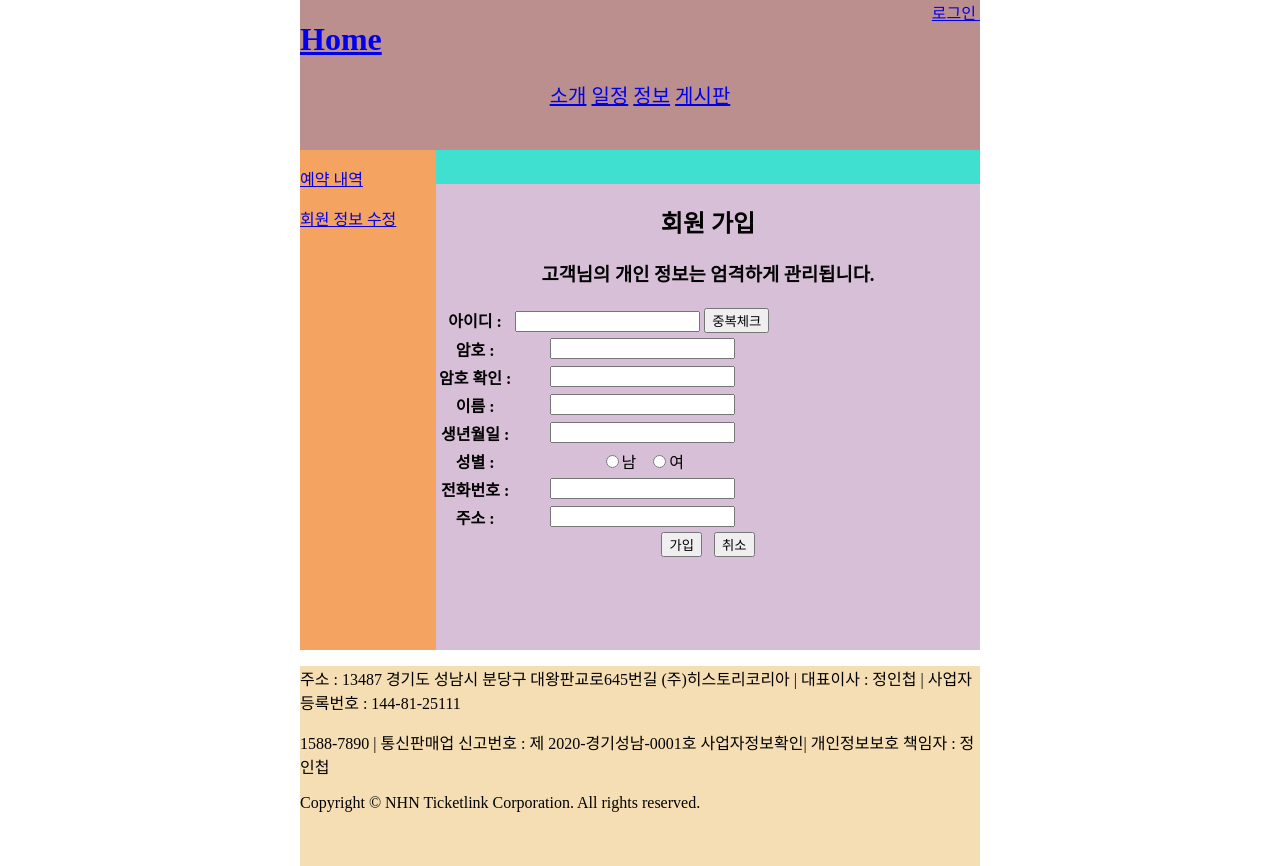
Repository: dlscjq34/JSP_historyTour
Page: http://localhost/HistoryTour/WEB-INF/views/member/joinMember.jsp
These files come from the project's save history. The page is drawn as it stood at one moment and after the next save; the edit follows.
The browser window is 1280 px wide. The pictures show the whole page.
The page is served by Tomcat 9. Nobody is signed in. Other server files are loaded and not shown. The template is opened directly, without the code that normally fills it, so the values that code supplies are empty.

Above is the page before, as saved 2020-12-21 03:44:11.

### HistoryTour/WebContent/WEB-INF/views/member/joinMember.jsp
<%@ page language="java" contentType="text/html; charset=UTF-8"
    pageEncoding="UTF-8"%>
<!DOCTYPE html>
<html lang="en">
<head>
    <jsp:include page="/WEB-INF/views/include/head.jsp" />
    <link rel="stylesheet" href="css/joinMember.css">
</head>
<body>
    <!-- <header> -->
    <jsp:include page="/WEB-INF/views/include/header.jsp" />


    <!-- center = <aside> + <article> -->
    <div class="center">
        <aside>
            <p><a href="ticket.do">예약 내역</a></p>
            <p><a href="editMember.do">회원 정보 수정</a></p>
        </aside>

        <article>
            <h1>회원 가입</h1>
                    <h3>고객님의 개인 정보는 엄격하게 관리됩니다.</h3>
                <form action="joinMemberPro.do" method="post" name="frm" onsubmit="return lenCheck()">

                    <table>
	               		<tr>
	               			<th>아이디 :
	               			<td><input type="text" name="id" id="id" />
	               				<input type="button" onclick="dupCheck()" value="중복체크">
	               		</tr>
	               		<tr>
	               			<th>암호 :
	               			<td><input type="password" name="pswd1" id="pswd1" required/>
	               		</tr>
	               		<tr>
	               			<th>암호 확인 :
	               			<td><input type="password" name="pswd2" id="pswd2" required onkeyup="pwCheck()"/>
	               				<span id="pwStatus"></span>
	               		</tr>
	               		<tr>
	               			<th>이름 :
	               			<td><input type="text" name="name" id="name" required/>
	               		</tr>
	               		<tr>
	               			<th>생년월일 :
	               			<td><input type="text" name="birth" id="birth" required/>
	               		</tr>
	               		<tr>
	               			<th>성별 :
	               			<td><input type="radio" name="gender" id="man" value="1" required />남 &nbsp;
	               				<input type="radio" name="gender" id="woman" value="2" required />여
	               		</tr>
	               		<tr>
	               			<th>전화번호 :
	               			<td><input type="text" name="tel" id="tel" required>
	               		</tr>
	               		<tr>
	               			<th>주소 :
	               			<td><input type="text" name="address" id="address" required>
	               		</tr>
               		</table>
                <input type="submit" name="enroll" class="enroll" value="가입"> &nbsp;
                <input type="reset" value="취소">
                </form>
        </article>
    </div>


    <!-- <footer> -->
    <jsp:include page="/WEB-INF/views/include/footer.jsp" />

</body>

<script>
	function dupCheck() {
		let id = document.frm.id.value;
		if(id == '') {
			alert("아이디를 입력하세요");
			document.frm.id.focus();
			return;
		}
		window.open('joinCheck.do?id='+id, 'joinCheck', 'width=600, height=300');
	}

	function lenCheck() {
		let id = document.frm.id.value.trim();

		if(!(id.length >= 3 && id.length <=12)) {
			alert("아이디는 3에서 12글자만 입력 가능합니다.");
			document.frm.id.select();
			return false;
		}
	}

	function pwCheck() {
		pw1 = document.frm.pswd1.value;
		pw2 = document.frm.pswd2.value;
		pwStatus = document.getElementById("pwStatus");

		if(pw1 == pw2) {
			pwStatus.innerHTML = "패스워드 확인";
			pwStatus.style.color = "blue"
		}
		else {
			pwStatus.innerHTML = "패스워드 틀림";
			pwStatus.style.color = "red"
		}
	}

/* 	<tr>
		<th>암호 :
		<td><input type="password" name="pswd1" id="pswd1" required/>
	</tr>
	<tr>
		<th>암호 확인 :
		<td><input type="password" name="pswd2" id="pswd2" required onkeyup="pwCheck()"/>
			<span class="pwStatus"></span>
	</tr> */
</script>

</html>

### HistoryTour/WebContent/WEB-INF/views/include/head.jsp
<%@ page language="java" contentType="text/html; charset=UTF-8"
    pageEncoding="UTF-8"%>
<meta charset="UTF-8">
<meta name="viewport" content="width=device-width, initial-scale=1.0">
<title>Document</title>
<link rel="stylesheet" href="css/common.css">

### HistoryTour/WebContent/WEB-INF/views/include/header.jsp
<%@ page language="java" contentType="text/html; charset=UTF-8"
    pageEncoding="UTF-8"%>
<%@ taglib prefix="c" uri="http://java.sun.com/jsp/jstl/core" %>
<%
	//쿠키에 아이디가 있으면 세션으로 빼온다.
	Cookie[] cookies = request.getCookies();

	if (cookies != null) {
		for(Cookie cookie : cookies) {
			if(cookie.getName().equals("id")) {
				String id = cookie.getValue();
				session.setAttribute("id", id);
			}
		}
	}

	String id = (String)session.getAttribute("id");
%>

<header>
    <div class="home-line">
        <h1><a href="index.do">Home</a></h1>
        <!-- 세션으로 빼온 아이디가 있으면 -->
<%
			if (id != null) {
%>
        		${ id } 님 반갑습니다.&nbsp;
        		<a href="myPage.do">마이페이지</a>&nbsp;
        		<a href="logoutPro.do">로그아웃</a>
<%
			} else {
%>
        	<!-- 세션으로 빼온 아이디가 없으면 -->
        		 <a href="login.do">로그인&nbsp;</a>
<%
			}
%>

    </div>
    <div class="menu">
        <a href="intro.do">소개</a>
        <a href="schedule.do">일정</a>
        <a href="information.do">정보</a>
        <a href="board.do">게시판</a>
    </div>
</header>

### HistoryTour/WebContent/WEB-INF/views/include/footer.jsp
<%@ page language="java" contentType="text/html; charset=UTF-8"
    pageEncoding="UTF-8"%>
<footer>
    <p>주소 : 13487 경기도 성남시 분당구 대왕판교로645번길 (주)히스토리코리아 | 대표이사 : 정인첩 | 사업자등록번호 : 144-81-25111</p>
    <p>1588-7890 |  통신판매업 신고번호 : 제 2020-경기성남-0001호 사업자정보확인| 개인정보보호 책임자 : 정인첩</p>
    <p>Copyright © NHN Ticketlink Corporation. All rights reserved.</p>
</footer>

### HistoryTour/WebContent/css/common.css
body {
  grid-template-columns: 1fr 1fr;
  box-sizing: border-box;
  margin: 0 300px;
}

/* header ----------------------------------------------- */

header {
  background: rosybrown;
  height: 150px;
}
header .home-line {
  display: flex;
}
header .home-line h1 {
  flex: 1;
}
header .menu {
  text-align: center;
  font-size: 20px;
}

/* <aside> <article> ----------------------------------------------- */

.center {
  display: flex;
  height: 500px;
  background: turquoise;
}
.center aside {
  background: sandybrown;
  flex: 2;
}
.center article {
  background: thistle;
  flex: 8;
  text-align: center;
}


/* footer ----------------------------------------------- */

footer {
  background: wheat;
  height: 200px;
}

### HistoryTour/WebContent/css/joinMember.css

.center article form fieldset input{
  margin: 1% 0;
}
.center article  {
  position: relative;
  margin-top: 5%;
  /* padding-left: 80px; */
  /* width: 100px;
  font-size: 20px; */
}

After the next save:
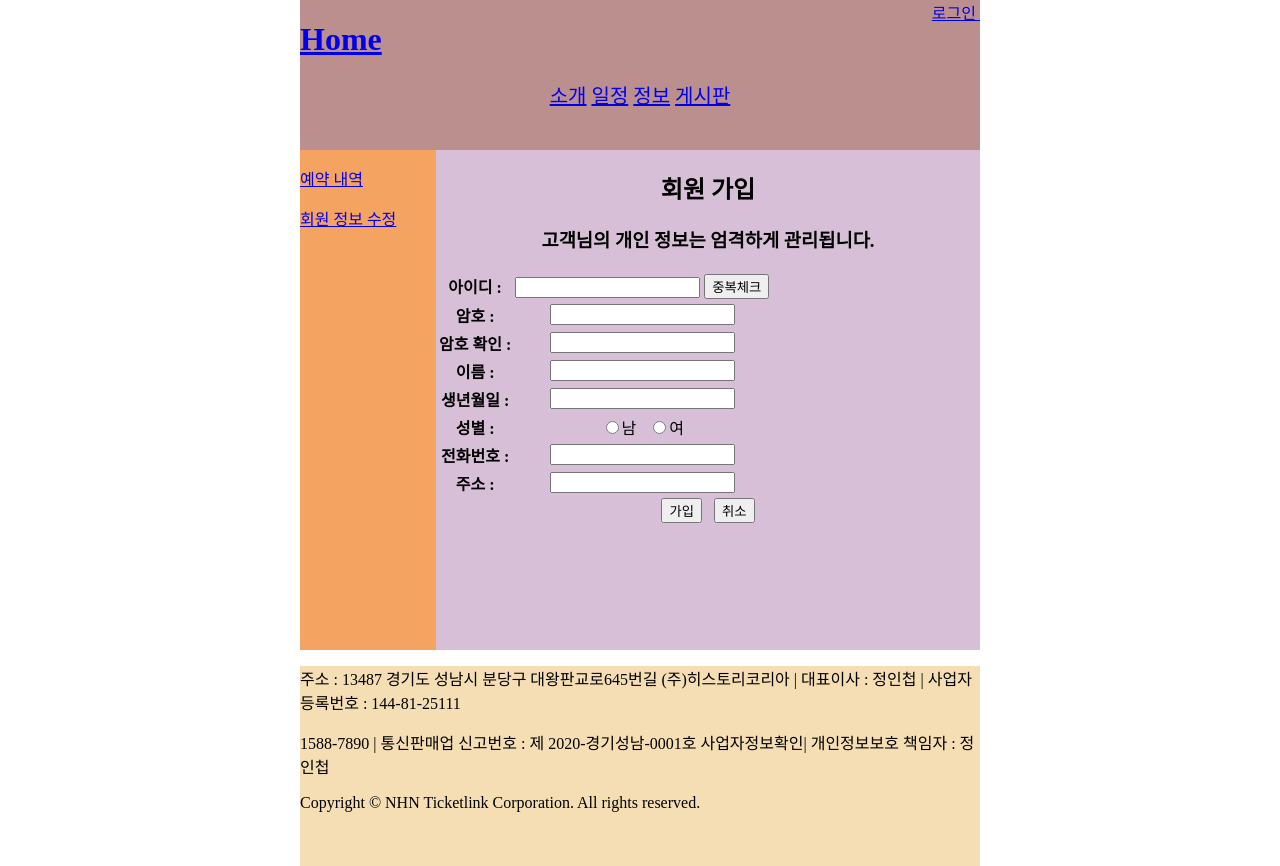
Saved 11 s later.
--- a/HistoryTour/WebContent/css/joinMember.css
+++ b/HistoryTour/WebContent/css/joinMember.css
@@ -4,7 +4,6 @@
 }
 .center article  {
   position: relative;
-  margin-top: 5%;
   /* padding-left: 80px; */
   /* width: 100px;
   font-size: 20px; */
